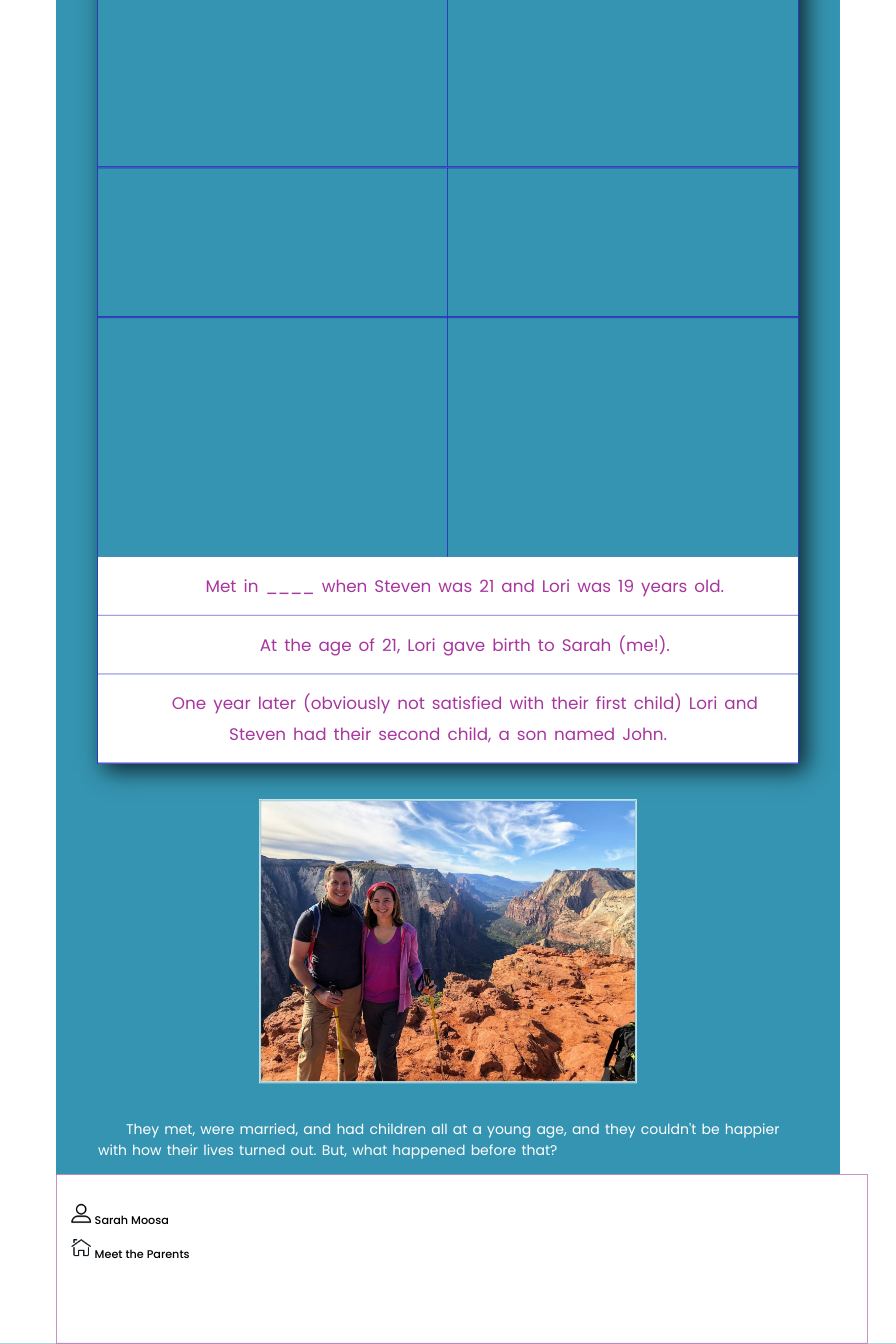
Repository: Sbethm/parents-tribute
Page: timeline.html
These files come from the project's save history. The page is drawn as it stood at one moment and after the next save; the edit follows.
The browser window is 1280 px wide. The pictures show the part of the page from y = 1628 to 3548 px (the page is 3548 px tall), at 70% of full size.

Above is the page before, as saved 2021-02-24 13:38:31.

After the next save:
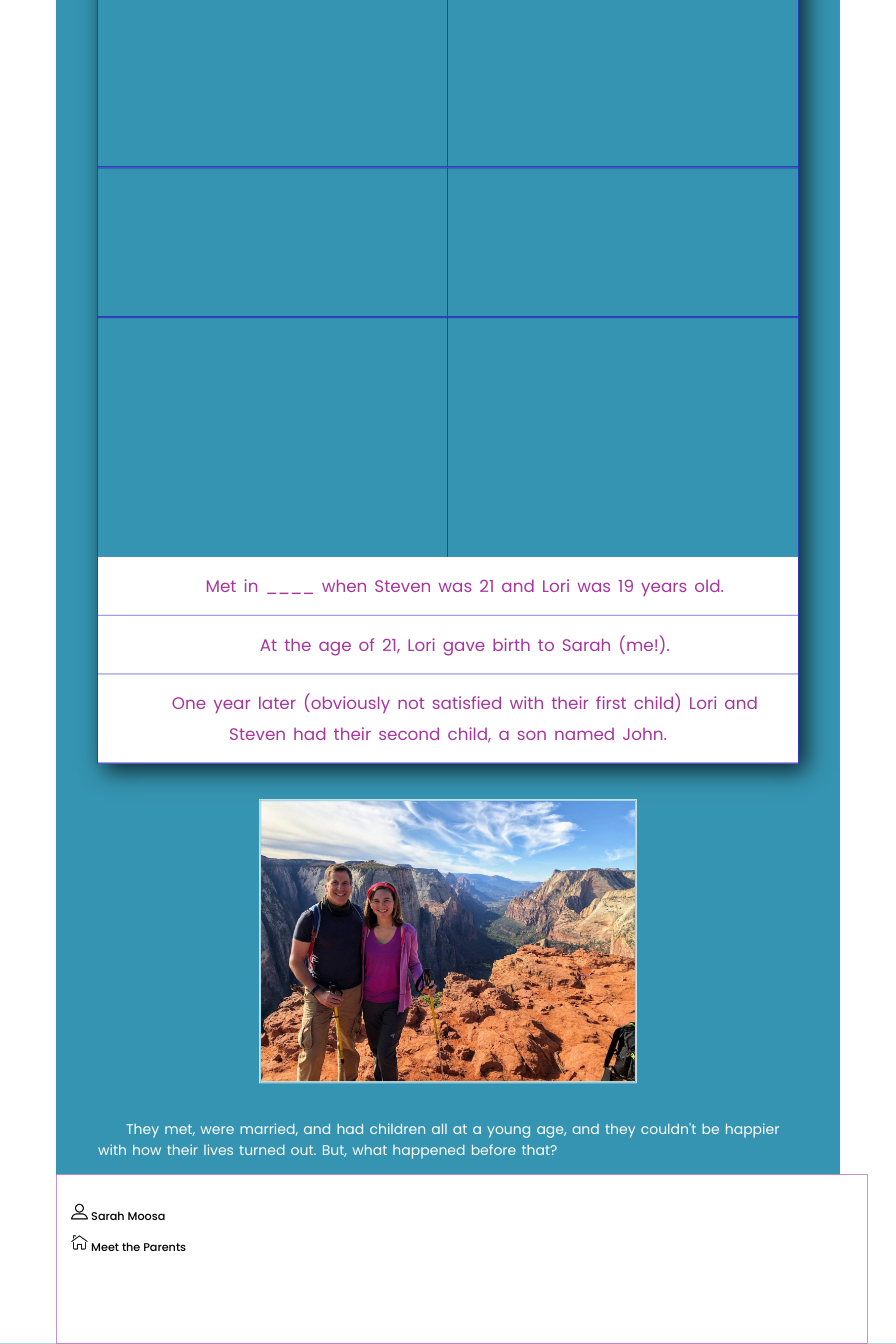
Saved 10 s later.
--- a/style.css
+++ b/style.css
@@ -762,7 +762,7 @@ footer {
     }
 
     .icon {
-        width: 30px;
+        width: 25px;
         height: auto;
     }
 
